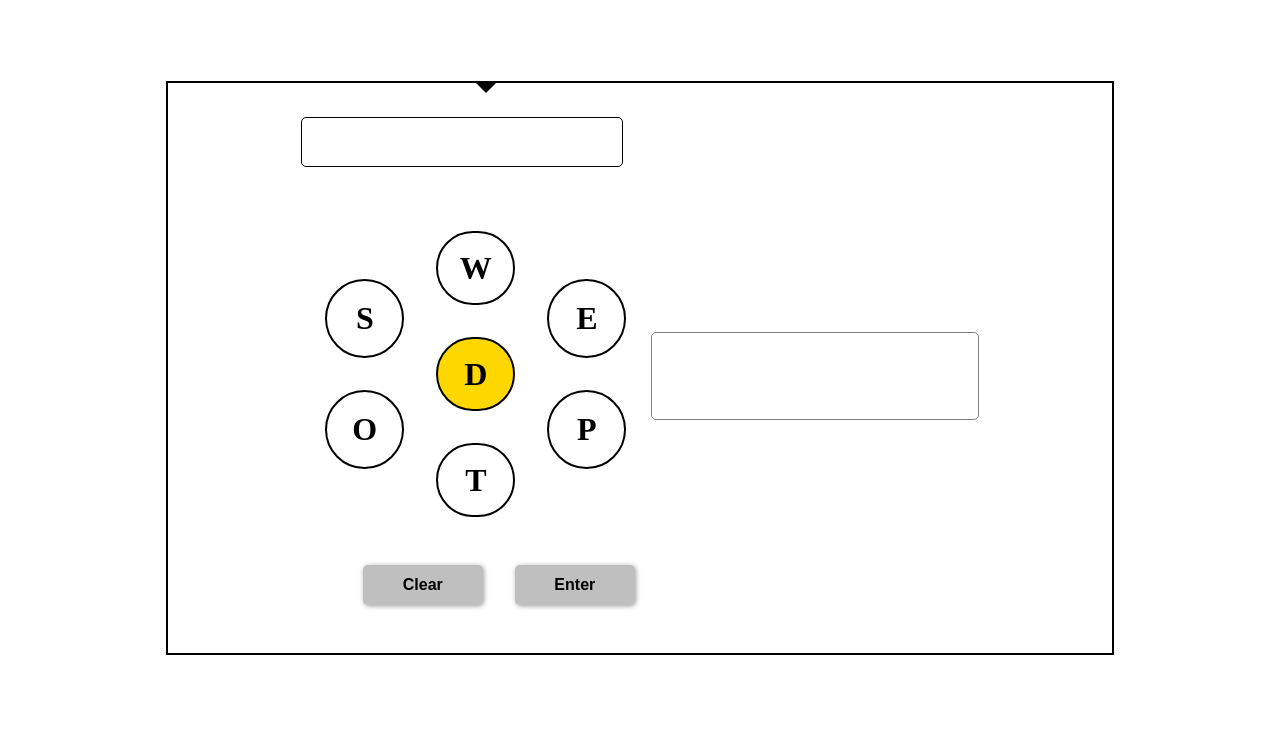
Repository: wellgordon/spelling-bee-clone
Page: /game
An editor plug-in stored every save of this project. The page is shown before and after the next save, followed by the edit.
The browser window is 1280 px wide. The pictures show the whole page.
The project was rebuilt for these pictures with package versions that can differ from the ones it lists, and the page was loaded fresh each time. Also part of the build but not shown: src/index.css, src/components/Home.tsx.

Above is the page before, as saved 2022-01-28 18:51:13.

### src/App.tsx
import React from 'react';
import Game from './components/Game';
import { BrowserRouter as Router, Route, Routes } from 'react-router-dom';
import Home from './components/Home';

const App = () => {
  return (
    <Router>
      <Routes>
        <Route path="/" element={<Home />} />
        <Route path="/game" element={<Game />} />
      </Routes>
    </Router>
  );
};

export default App;

### src/components/Game.tsx
import React, { useState } from 'react';
import { words } from '../constants/words';
import GameUI from './GameUI';

const Game = () => {
  const [bufferText, setBufferText] = useState('');
  const [isSpecialLetter, setIsSpecialLetter] = useState(false);
  const [foundWords, setFoundWords] = useState<string[]>([]);

  const handleClick = (e: any) => {
    if (bufferText.length > 10) {
      setBufferText('Too Long!');
      setTimeout(() => {
        setBufferText('');
      }, 500);
    } else {
      setBufferText((prev) => prev + e.target.innerText);
    }
  };

  const handleCenterClick = (e: string) => {
    setIsSpecialLetter(true);
    handleClick(e);
  };

  const handleClear = () => {
    setBufferText('');
  };

  const handleSubmit = () => {
    if (bufferText.length < 4) {
      setBufferText('Too short!');
      setIsSpecialLetter(false);
      setTimeout(() => {
        setBufferText('');
      }, 500);
    } else if (!isSpecialLetter) {
      setBufferText('Need to use letter of the day!');
      setTimeout(() => {
        setBufferText('');
      }, 500);
    } else if (foundWords?.includes(bufferText)) {
      setBufferText('Oops, already got that one!');
      setIsSpecialLetter(false);
      setTimeout(() => {
        setBufferText('');
      }, 500);
    } else {
      if (words.includes(bufferText.toLowerCase())) {
        setFoundWords((prev) => [...prev, bufferText]);
        setIsSpecialLetter(false);
        setBufferText('');
      } else {
        setBufferText('Sorry, not a word...');
        setIsSpecialLetter(false);
        setTimeout(() => {
          setBufferText('');
        }, 500);
      }
    }
  };

  return (
    <GameUI
      handleClick={handleClick}
      handleCenterClick={handleCenterClick}
      bufferText={bufferText}
      handleClear={handleClear}
      handleSubmit={handleSubmit}
      foundWords={foundWords}
    />
  );
};

export default Game;

### src/constants/words.ts
export const words = [
  'depot',
  'depots',
  'despot',
  'dews',
  'does',
  'doest',
  'dope',
  'dopes',
  'dose',
  'dote',
  'dotes',
  'dots',
  'dowse',
  'dowset',
  'odes',
  'opted',
  'opts',
  'owed',
  'owes',
  'peso',
  'pest',
  'pesto',
  'pets',
  'pews',
  'pods',
  'poet',
  'poets',
  'pose',
  'posed',
  'post',
  'posted',
  'pots',
  'sowed',
  'sped',
  'spot',
  'step',
  'stew',
  'stop',
  'stow',
  'stowed',
  'swept',
  'swop',
  'swopt',
  'toed',
  'toes',
  'tops',
  'towed',
  'tows',
  'twos',
  'weds',
  'wept',
  'west',
  'wets',
  'woes',
];

const wordLists = [
  {
    letters: ['D', 'O', 'W', 'A', 'P', 'L', 'K'],
    words: [
      'dawk',
      'walk',
      'pawl',
      'plow',
      'kola',
      'plod',
      'wold',
      'alow',
      'apod',
      'awol',
      'dopa',
      'opal',
      'woad',
      'load',
      'polka',
      'waldo',
      'woald',
    ],
  },
  {
    letters: ['E', 'V', 'L', 'A', 'W', 'R', 'G'],
    words: [
      'gravel',
      'argle',
      'gavel',
      'glare',
      'grave',
      'lager',
      'large',
      'laver',
      'ravel',
      'regal',
      'velar',
      'wager',
      'waler',
      'waver',
      'ager',
      'areg',
      'aver',
      'earl',
      'egal',
      'gale',
      'gave',
      'gear',
      'grew',
      'lave',
      'lear',
      'leva',
      'rage',
      'rale',
      'rave',
      'real',
      'vale',
      'veal',
      'vega',
      'vela',
      'vera',
      'wage',
      'wale',
      'ware',
      'wave',
      'weal',
      'wear',
    ],
  },
];

### src/components/GameUI.tsx
import React, { useState } from 'react';
import Game from './Game';
import {
  MainContainer,
  SubContainer,
  Accordion,
  FoundText,
  TriangleUp,
  TriangleDown,
  InputText,
  SideColumn,
  Circle,
  CenterColumn,
  CenterCircle,
  ButtonContainer,
  Button,
  GameContainer,
  LeftSide,
} from './styled/Styles';

type Props = {
  handleClick: (e: any) => void;
  handleCenterClick: (e: any) => void;
  handleSubmit: () => void;
  handleClear: () => void;
  bufferText?: string;
  foundWords?: string[];
};

const GameUI = ({
  handleClick,
  handleCenterClick,
  bufferText,
  handleSubmit,
  handleClear,
  foundWords,
}: Props) => {
  const [open, setOpen] = useState(false);
  const [accordion, setAccordion] = useState('');

  function toggle() {
    if (open) {
      setOpen(false);
      setAccordion('');
    } else {
      setOpen(true);
      setAccordion('found-word-box');
    }
  }

  return (
    <>
      <MainContainer>
        <SubContainer>
          <LeftSide>
            <span onClick={toggle}>
              {open === true ? <TriangleUp /> : <TriangleDown />}
            </span>
            <InputText>{bufferText}</InputText>
            <GameContainer>
              <SideColumn>
                <Circle onClick={handleClick}>S</Circle>
                <Circle onClick={handleClick}>O</Circle>
              </SideColumn>
              <CenterColumn>
                <Circle onClick={handleClick}>W</Circle>
                <CenterCircle onClick={handleCenterClick}>D</CenterCircle>
                <Circle onClick={handleClick}>T</Circle>
              </CenterColumn>
              <SideColumn>
                <Circle onClick={handleClick}>E</Circle>
                <Circle onClick={handleClick}>P</Circle>
              </SideColumn>
            </GameContainer>
            <ButtonContainer>
              <Button onClick={handleClear}>Clear</Button>
              <Button onClick={handleSubmit}>Enter</Button>
            </ButtonContainer>
          </LeftSide>
          <Accordion className={accordion}>
            {open === false
              ? foundWords
                  ?.filter((word: string, index: number) => index < 5)
                  .map((word: string) => {
                    return <FoundText>{`${word}, `}</FoundText>;
                  })
              : foundWords?.map((word: string) => {
                  return <FoundText>{`${word}, `}</FoundText>;
                })}
          </Accordion>
        </SubContainer>
      </MainContainer>
    </>
  );
};

export default GameUI;

### src/components/styled/Styles.ts
import styled from 'styled-components';

export const MainContainer = styled.div`
  height: 100vh;
  width: 75%;
  display: flex;
  margin: 0 auto;
  align-items: center;
  justify-content: center;
`;

export const SubContainer = styled.div`
  display: flex;
  width: 100%;
  align-items: center;
  justify-content: center;
  flex-flow: row;
  flex-gap: 4;
  border: 2px solid black;
`;

export const GameContainer = styled.div`
  width: 350px;
  height: 350px;
  display: flex;
  flex-flow: row nowrap;
  justify-content: center;
`;

export const Column = styled.div`
  display: flex;
  flex-flow: column nowrap;
  align-items: center;
  justify-content: space-around;
`;

export const SideColumn = styled(Column)`
  margin: 4rem 0;
`;

export const CenterColumn = styled(Column)`
  margin: 1rem 0;
`;

export const Circle = styled.div`
  width: 75px;
  height: 75px;
  border-radius: 50px;
  border: 2px solid black;
  display: flex;
  align-items: center;
  justify-content: center;
  font-size: 2rem;
  font-weight: bold;
  margin: 1rem;

  &:hover {
    cursor: pointer;
  }
`;

export const CenterCircle = styled(Circle)`
  background: gold;
`;

export const InputText = styled.p`
  margin-bottom: 2rem;
  height: 3rem;
  width: 20rem;
  border: 1px solid black;
  border-radius: 5px;
  font-size: 1.5rem;
  font-weight: bold;
  text-align: center;
`;

export const FoundText = styled.p`
  margin-left: 0.3rem;
`;

export const TriangleDown = styled.div`
  width: 0;
  height: 0;
  border-left: 10px solid transparent;
  border-right: 10px solid transparent;

  border-top: 10px solid black;
  position: relative;
  left: 50%;
  bottom: 100%;

  &:hover {
    cursor: pointer;
    border-top: 10px solid gray;
  }
`;

export const TriangleUp = styled.div`
  width: 0;
  height: 0;
  border-left: 10px solid transparent;
  border-right: 10px solid transparent;

  border-bottom: 10px solid black;
  position: relative;
  left: 50%;
  bottom: 100%;

  &:hover {
    cursor: pointer;
    border-bottom: 10px solid gray;
  }
`;

export const Button = styled.button`
  text-decoration: none;
  background-color: #bfbfbf;
  border: none;
  border-radius: 5px;
  margin: 1rem;
  font-weight: bold;
  font-size: 16px;
  height: 2.5rem;
  width: 7.5rem;
  box-shadow: 1px 1px 5px 0px rgba(156, 156, 156, 156);

  &:hover {
    cursor: pointer;
    background-color: #808080;
  }
`;
export const ButtonContainer = styled.div`
  display: flex;
  flex-flow: row wrap;
  align-items; flex-start;
  justify-content: flex-end;
  margin-bottom: 2rem;
`;

export const Accordion = styled.div`
  height: 5rem;
  width: 20rem;
  padding: 0.2rem;
  margin-top: 1rem;
  display: flex;
  flex-flow: row wrap;
  justify-content: flex-start;
  align-content: flex-start;
  font-weight: bold;
  border: 1px solid gray;
  border-radius: 5px;
`;

export const LeftSide = styled.div`
  display: flex;
  flex-flow: column;
`;

Loaded but not shown: public/index.html (common file); src/index.js (common file); src/reportWebVitals.js (common file)

After the next save:
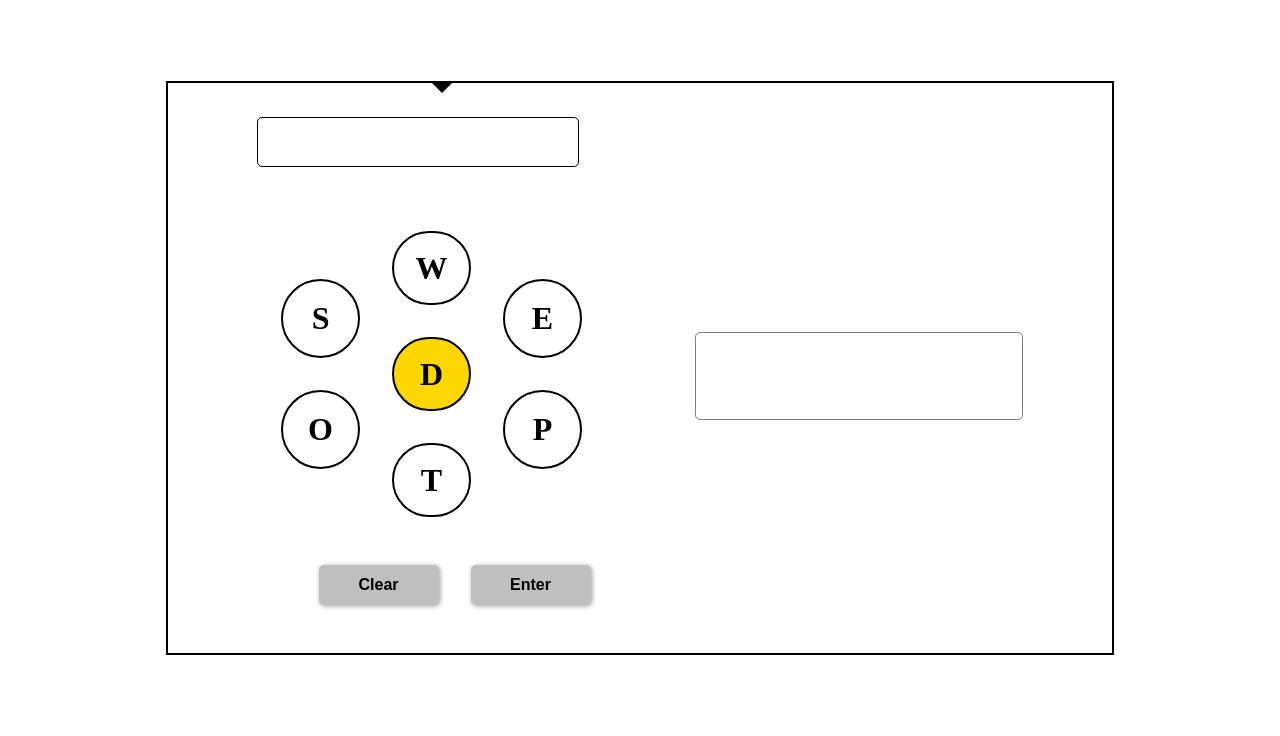
Saved 14 s later.
--- a/src/components/styled/Styles.ts
+++ b/src/components/styled/Styles.ts
@@ -13,9 +13,9 @@ export const SubContainer = styled.div`
   display: flex;
   width: 100%;
   align-items: center;
-  justify-content: center;
+  justify-content: space-evenly;
   flex-flow: row;
-  flex-gap: 4;
+
   border: 2px solid black;
 `;
 
